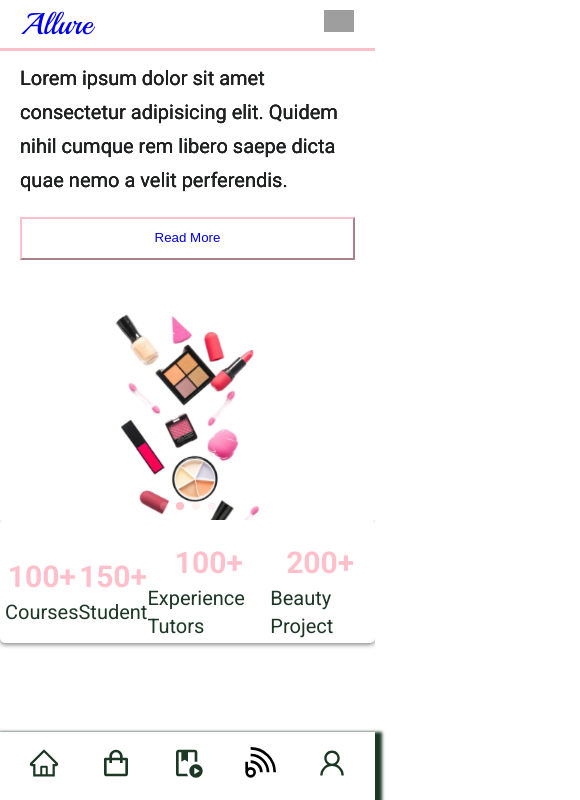
Repository: Benedict-Anthony/Allure-E-commerce-React-Js
Page: /
These files come from the project's save history. The page is drawn as it stood at one moment and after a run of saves; the edit follows.
The browser window is 375 px wide. The page is 375 px wide, then 580 px, so the pictures cover 580 px, including what lies to the right of the window. The pictures show the whole page.
Pictures or frames that could not be fetched are drawn as grey boxes. The page's requests for data from a server got no answer. The project was rebuilt for these pictures with package versions that can differ from the ones it lists, and the page was loaded fresh each time. No one was signed in, and anything a server would have sent is missing. Also part of the build but not shown: src/App.css, src/css/courses.css, src/shared/Course.tsx, src/shared/Product.tsx, src/pages/Shop.tsx, src/pages/Tutorials.tsx, src/pages/ProductDetail.tsx, src/components/CourseDetails.tsx and 15 more.

Above is the page before, as saved 2023-02-04 00:59:53.

After the next 2 saves:
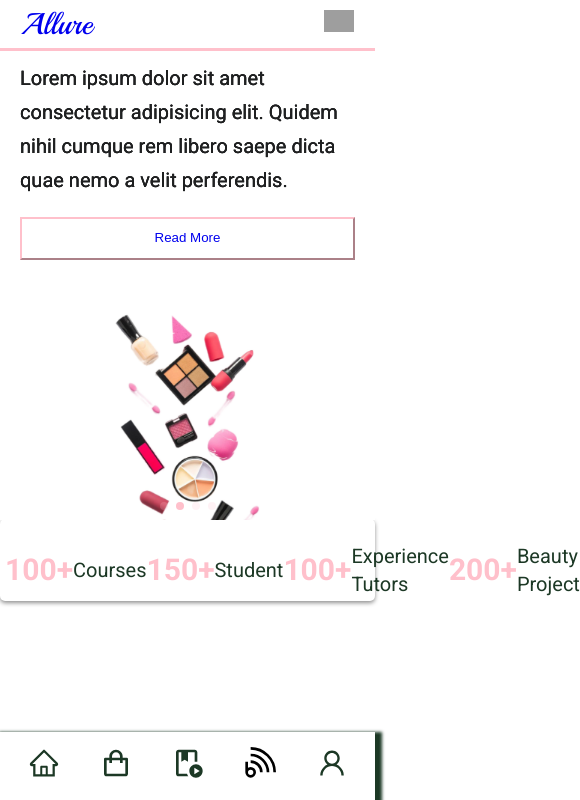
The 2 saves are shown as one change because they came seconds apart.
The last was saved 44 s later.
--- a/src/css/landing.css
+++ b/src/css/landing.css
@@ -45,6 +45,7 @@
     justify-content: center;
     flex-direction: column;
     padding-top: 20px;
+
 }
 
 .landing__courses-count .count h2 {
@@ -73,4 +74,9 @@
     .landing__courses {
         width: 100%;
     }
+
+    .landing__courses-count .count {
+        display: grid;
+        grid-template-columns: 1fr 1fr;
+    }
 }
